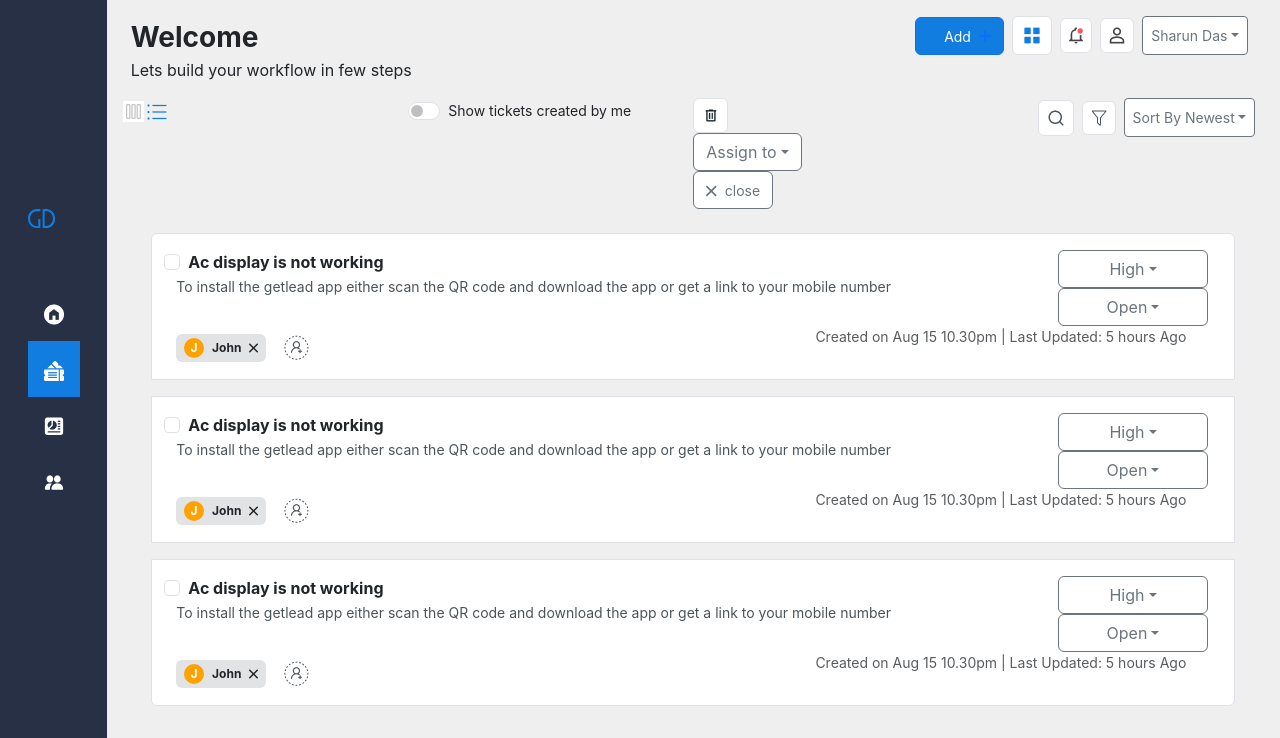
Repository: rishikarajeev/GL_HelpDesk
Page: /
These files come from the project's save history. The page is drawn as it stood at one moment and after a run of saves; the edit follows.
The browser window is 1280 px wide. The pictures show the whole page.
The project was rebuilt for these pictures with package versions that can differ from the ones it lists, and the page was loaded fresh each time. Also part of the build but not shown: src/App.css, src/Pages/HomePage.jsx.

Above is the page before, as saved 2024-01-11 15:37:43.

### public/index.html
<!DOCTYPE html>
<html lang="en">
  <head>
    <meta charset="utf-8" />
    <link rel="icon" href="%PUBLIC_URL%/favicon.ico" />
    <meta name="viewport" content="width=device-width, initial-scale=1" />
    <meta name="theme-color" content="#000000" />
    <meta
      name="description"
      content="Web site created using create-react-app"
    />
    <link rel="apple-touch-icon" href="%PUBLIC_URL%/logo192.png" />
    <link href="https://cdn.jsdelivr.net/npm/bootstrap@5.3.2/dist/css/bootstrap.min.css" rel="stylesheet" integrity="sha384-T3c6CoIi6uLrA9TneNEoa7RxnatzjcDSCmG1MXxSR1GAsXEV/Dwwykc2MPK8M2HN" crossorigin="anonymous">
   <script src="https://cdn.jsdelivr.net/npm/bootstrap@5.3.2/dist/js/bootstrap.bundle.min.js" integrity="sha384-C6RzsynM9kWDrMNeT87bh95OGNyZPhcTNXj1NW7RuBCsyN/o0jlpcV8Qyq46cDfL" crossorigin="anonymous"></script>

   <!--
      manifest.json provides metadata used when your web app is installed on a
      user's mobile device or desktop. See https://developers.google.com/web/fundamentals/web-app-manifest/
    -->
    <link rel="manifest" href="%PUBLIC_URL%/manifest.json" />
    <!--
      Notice the use of %PUBLIC_URL% in the tags above.
      It will be replaced with the URL of the `public` folder during the build.
      Only files inside the `public` folder can be referenced from the HTML.

      Unlike "/favicon.ico" or "favicon.ico", "%PUBLIC_URL%/favicon.ico" will
      work correctly both with client-side routing and a non-root public URL.
      Learn how to configure a non-root public URL by running `npm run build`.
    -->
    <title>React App</title>
  </head>
  <body>
    <noscript>You need to enable JavaScript to run this app.</noscript>
    <div id="root"></div>
    <!--
      This HTML file is a template.
      If you open it directly in the browser, you will see an empty page.

      You can add webfonts, meta tags, or analytics to this file.
      The build step will place the bundled scripts into the <body> tag.

      To begin the development, run `npm start` or `yarn start`.
      To create a production bundle, use `npm run build` or `yarn build`.
    -->
  </body>
</html>

### src/index.js
import React from "react";
import ReactDOM from "react-dom/client";
import "./index.css";
import App from "./App";
import reportWebVitals from "./reportWebVitals";


const root = ReactDOM.createRoot(document.getElementById("root"));
root.render(<App />);

// If you want to start measuring performance in your app, pass a function
// to log results (for example: reportWebVitals(console.log))
// or send to an analytics endpoint. Learn more: https://bit.ly/CRA-vitals
reportWebVitals();

### src/App.js
import logo from "./logo.svg";
import "./App.css";

import { BrowserRouter, Route, Routes } from "react-router-dom";
import ViewTickets from "./Pages/ViewTickets";
import HomePage from "./Pages/HomePage";
import SideBar from "./Components/SideBar";
import { Container, Row, Col } from "react-bootstrap";
import Header from "./Components/Header";
import "./Assets/Css/Styles.css"

function App() {
  return (
    <BrowserRouter>
      <Container fluid>
        <Row>
          <Col xl={1} className="sideBg">
            <SideBar />
          </Col>
          <Col xl={11} className="bgColor">
            <Header />
            <Routes>
              <Route path="/" element={<ViewTickets />}></Route>
              <Route path="/showtickets" element={<ViewTickets />}></Route>
              <Route path="/home" element={<HomePage />}></Route>
            </Routes>
          </Col>
        </Row>
      </Container>
    </BrowserRouter>
  );
}

export default App;

### src/Pages/ViewTickets.jsx
import React from "react";
import TicketItem from "../Components/TicketItem";
import {
  Container,
  Row,
  Col,
  Navbar,
  Nav,
  Button,
  ListGroup,
  Dropdown,
  Image,
} from "react-bootstrap";
import column_icon from "../Assets/Images/fluent_column-triple-20-regular.jpg";
import list_icon from "../Assets/Images/ph_list-bullets-light.png";
import search_icon from "../Assets/Images/ri_search-line.png";
import delete_icon from "../Assets/Images/material-symbols_delete-outline.jpg";
import { FontAwesomeIcon } from "@fortawesome/react-fontawesome";
import { faTimes } from "@fortawesome/free-solid-svg-icons";
import filter_icon from "../Assets/Images/cil_filter.png";

function ViewTickets() {
  return (
    <Container>
     <Row className="mt-3 mb-2 ">
  <Col className="p-0">
    <img src={column_icon} alt="Local Icon" />
    <img src={list_icon} />
  </Col>
  <Col className="d-none d-lg-block p-0 justify-content-evenly">
    <div className="form-check form-switch align-items-start">
      <label className="form-check-label small p" htmlFor="flexSwitchCheckDefault">
        Show tickets created by me
      </label>
      <input
        className="form-check-input p-2"
        type="checkbox"
        role="switch"
        id="flexSwitchCheckDefault"
      />
    </div>
  </Col>
  <Col className="d-none d-lg-block p-0 justify-content-evenly">
    <Image
      src={delete_icon}
      alt="Local Icon"
      className="img-thumbnail bg-white p-2"
    />
    <Dropdown>
      <Dropdown.Toggle
        variant="outline-secondary"
        id="dropdown-basic"
        className="bg-white"
      >
        Assign to
      </Dropdown.Toggle>
      <Dropdown.Menu>
        <Dropdown.Item href="#/action-1">Assign to</Dropdown.Item>
        <Dropdown.Item href="#/action-2">Sharun</Dropdown.Item>
      </Dropdown.Menu>
    </Dropdown>
    <Button variant="btn btn-outline-secondary bg-white ">
      <FontAwesomeIcon icon={faTimes} className="small" />
      <span className="small ms-2">close</span>
    </Button>
  </Col>
  <Col className="text-end d-none d-lg-block p-0">
    <img
      src={search_icon}
      alt="Local Icon"
      className="img-thumbnail me-2 p-2 bg-white"
    />
    <img
      src={filter_icon}
      alt="Local Icon"
      className="img-thumbnail me-2 p-2 bg-white"
    />
    <button
      className="btn btn-outline-secondary btn-sm dropdown-toggle me-2 p-2 bg-white"
      type="button"
      data-bs-toggle="dropdown"
      aria-expanded="false"
    >
      Sort By Newest
    </button>
  </Col>
</Row>

      <ListGroup className="p-3">
        <ListGroup.Item className=" border mb-3">
          <TicketItem />
        </ListGroup.Item>
        <ListGroup.Item className=" border mb-3">
          <TicketItem />
        </ListGroup.Item>
        <ListGroup.Item className=" border mb-3">
          <TicketItem />
        </ListGroup.Item>
      </ListGroup>
    </Container>
  );
}

export default ViewTickets;

### src/Components/SideBar.jsx
import React, { useState } from "react";
import { Navbar, Nav } from "react-bootstrap";
import ticketIcon from "../Assets/Images/Layer_1.png";
import logo from "../Assets/Images/logo.png";
import profile from "../Assets/Images/profile_icon.png";
import filemanagr from "../Assets/Images/Frame.png";
import homeIcon from "../Assets/Images/el_home-alt.png";
import "../Assets/Css/Styles.css";

function SideBar() {
  const [activeIcon, setActiveIcon] = useState("tickets"); // Set the initial active icon

  return (
    <Navbar expand="lg" variant="dark" className=" p-3  h-100">
      <Navbar.Toggle aria-controls="sidebar" className="order-0 ml-auto" />
      <Navbar.Collapse id="sidebar">
        <Nav className="flex-column sideBg">
          <Navbar.Brand className="mb-5">
            {" "}
            <img src={logo} alt="Home Icon " className="icon" />
          </Navbar.Brand>

          <Nav.Item
            className={`nav-item p-2 ${
              activeIcon === "home" ? "selectedColor" : ""
            }`}
          >
            <Nav.Link
              className="nav-link text-white"
              onClick={() => setActiveIcon("home")}
              href="/home"
            >
              <img src={homeIcon} alt="Home Icon" className="icon" />
            </Nav.Link>
          </Nav.Item>
          <Nav.Item
            className={`nav-item p-2 ${
              activeIcon === "tickets" ? "selectedColor" : ""
            }`}
          >
            <Nav.Link
              className="nav-link"
              onClick={() => setActiveIcon("tickets")}
              href="/showtickets"
            >
              <img src={ticketIcon} alt="Ticket Icon" className="icon" />
            </Nav.Link>
          </Nav.Item>
          <Nav.Item
            className={`nav-item p-2 ${
              activeIcon === "file" ? "selectedColor" : ""
            }`}
          >
            <Nav.Link
              className="nav-link"
              onClick={() => setActiveIcon("file")}
              href="#"
            >
              <img src={filemanagr} alt="file Icon" className="icon" />
            </Nav.Link>
          </Nav.Item>
          <Nav.Item
            className={`nav-item p-2 ${
              activeIcon === "profile" ? "selectedColor" : ""
            }`}
          >
            <Nav.Link
              className="nav-link"
              onClick={() => setActiveIcon("profile")}
              href="#"
            >
              <img src={profile} alt="profile Icon" className="icon" />
            </Nav.Link>
          </Nav.Item>
          <Nav.Item
            className={`nav-item p-2 ${
              activeIcon === "settings" ? "selectedColor" : ""
            }`}
          >
            <Nav.Link
              className="nav-link text-white"
              onClick={() => setActiveIcon("settings")}
              href="#"
            >
              <i className="fas fa-cogs"></i>
            </Nav.Link>
          </Nav.Item>
        </Nav>
      </Navbar.Collapse>
    </Navbar>
  );
}

export default SideBar;

### src/Components/Header.jsx
import React from "react";

import menu_icon from "../Assets/Images/ep_menu.png";
import notificatn_icon from "../Assets/Images/Group 10.png";
import user_icon from "../Assets/Images/ooui_user-avatar-outline.png";
import { Container, Row, Col, Navbar, Nav, Button } from "react-bootstrap";
import { FontAwesomeIcon } from "@fortawesome/react-fontawesome";
import { faTimes,faPlus  } from "@fortawesome/free-solid-svg-icons";

function Header() {
  return (
    <Container fluid>
      <Row className=" justify-content-end mt-3 mb-3">
        <Col sm={8}>
          <Row>
            <a class="navbar-brand fs-3 fw-bolder" href="#">
              Welcome
            </a>
          </Row>
          <Row>
            <span>Lets build your workflow in few steps</span>
          </Row>
        </Col>

        <Col sm={4} className="text-end">
        <Button variant="btn btn-outline-primary selectedColor me-2">
        <span className="small ms-2 text-white p-2">Add</span>
            <FontAwesomeIcon icon={faPlus } className="small" />

          </Button>
          <img
            src={menu_icon}
            alt="Local Icon"
            className="img-thumbnail me-2 p-2 bg-white"
          />
          <img
            src={notificatn_icon}
            alt="Local Icon"
            className="img-thumbnail me-2 p-2 bg-white"
          />
          <img
            src={user_icon}
            alt="Local Icon"
            className="img-thumbnail me-2 p-2 bg-white"
          />
          <button
            className="btn btn-outline-secondary btn-sm dropdown-toggle me-2 p-2 bg-white"
            type="button"
            data-bs-toggle="dropdown"
            aria-expanded="false"
          >
            Sharun Das
          </button>
        </Col>
      </Row>
    </Container>
  );
}

export default Header;

### src/Assets/Css/Styles.css
.sideBg{
    background-color:  #273045;
    text-align: left;


}
.selectedColor{
    background-color:  #117DE0;


}
.bgColor{
    background-color:  #EFEFEF;

}
.txt-ticket-color{
  color:#4D5459

}


  .circle-icon {
    width: 20px;
    height: 20px;
    border-radius: 50%;
    background-color: #ffa200; /* Choose your desired background color */
    display: flex;
    align-items: center;
    justify-content: center;
    color: #fff; /* Choose your desired text color */
  }
  .close-icon {
    position: absolute;
    color:black;
    top: 50%;
    left: 50%;
    transform: translate(-50%, -50%);
  }

### src/Components/TicketItem.jsx
import React from "react";
import { Container, Row, Col, Button, Image,Dropdown } from "react-bootstrap";
import UserBadge from "../Components/UserBadge";
import userAddIcon from "../Assets/Images/Group 758674.png";

function TicketItem() {
  const userName = "John";
  return (
    <Container fluid className="p-2">
      <Row>
        <Col xl={10}>
          <Row>
            <div className="form-check">
              <input
                className="form-check-input"
                type="checkbox"
                value=""
                id="flexCheckDefault"
              />
              <label
                className="form-check-label  fw-bolder"
                htmlFor="flexCheckDefault"
              >
                Ac display is not working
              </label>
            </div>
          </Row>
          <Row>
            <p className="small text-wrap txt-ticket-color">
              To install the getlead app either scan the QR code and download
              the app or get a link to your mobile number
            </p>
          </Row>
        </Col>
        <Col xl={2}>
          <Row>
            <Dropdown >
              <Dropdown.Toggle variant="outline-secondary" id="dropdown-basic" style={{ width: '150px' }}>
               High
              </Dropdown.Toggle>

              <Dropdown.Menu>
                <Dropdown.Item href="#/action-1">High </Dropdown.Item>
                <Dropdown.Item href="#/action-2">Low</Dropdown.Item>

              </Dropdown.Menu>
            </Dropdown>

            <Dropdown>
              <Dropdown.Toggle variant="outline-secondary" id="dropdown-basic" style={{ width: '150px' }}>
               Open
              </Dropdown.Toggle>

              <Dropdown.Menu>
                <Dropdown.Item href="#/action-1">Open </Dropdown.Item>
                <Dropdown.Item href="#/action-2">Pending</Dropdown.Item>

              </Dropdown.Menu>
            </Dropdown>
          </Row>
        </Col>
        <Row>
          <Col xl={5} className="mt-2">
            <Row>
              <Col sm={3}>
                <UserBadge name={userName} />
              </Col>
              <Col sm={2}>
                <Image src={userAddIcon} alt="Local Icon" rounded />
              </Col>
            </Row>
          </Col>

          <Col xl={7} className="text-end">
            <p className="text-muted small">
              Created on Aug 15 10.30pm | Last Updated: 5 hours Ago
            </p>
          </Col>
        </Row>
      </Row>
    </Container>
  );
}

export default TicketItem;

### src/Components/UserBadge.jsx
// UserBadge.js
import React from "react";
import { Badge } from "react-bootstrap";
import "../Assets/Css/Styles.css";
import { FontAwesomeIcon } from "@fortawesome/react-fontawesome";
import { faTimes } from "@fortawesome/free-solid-svg-icons";

const UserBadge = ({ name }) => {
  const initials = name
    .split(" ")
    .map((word) => word[0])
    .join("");

  return (
    <div>
      <Badge bg="secondary-subtle ">
        <div className="rounded-circle bg-secondary-subtle text-dark d-flex align-items-center justify-content-center">
          <div className="circle-icon">
            {" "}
            <span>{initials} </span>{" "}
          </div>
          <span className="ms-2">{name} </span>

          <FontAwesomeIcon icon={faTimes} className=" ms-2" />
        </div>
      </Badge>
    </div>
  );
};

export default UserBadge;

Loaded but not shown: src/index.css (common file); src/reportWebVitals.js (common file)

After the next 3 saves:
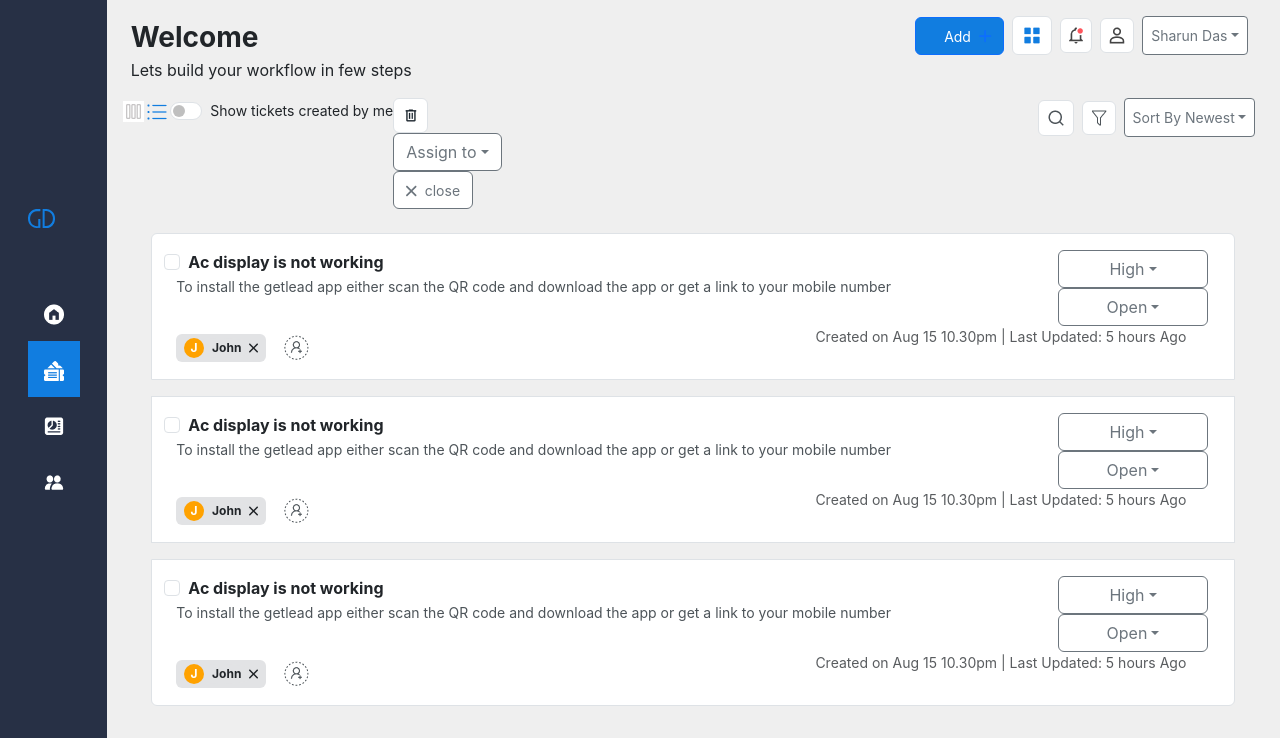
The 3 saves are shown as one change because they came seconds apart.
The last was saved 63 s later.
--- a/src/Pages/ViewTickets.jsx
+++ b/src/Pages/ViewTickets.jsx
@@ -23,11 +23,11 @@ function ViewTickets() {
   return (
     <Container>
      <Row className="mt-3 mb-2 ">
-  <Col className="p-0">
+  <Col className="col-auto p-0">
     <img src={column_icon} alt="Local Icon" />
     <img src={list_icon} />
   </Col>
-  <Col className="d-none d-lg-block p-0 justify-content-evenly">
+  <Col className=" col-auto d-none d-lg-block p-0 justify-content-evenly">
     <div className="form-check form-switch align-items-start">
       <label className="form-check-label small p" htmlFor="flexSwitchCheckDefault">
         Show tickets created by me
